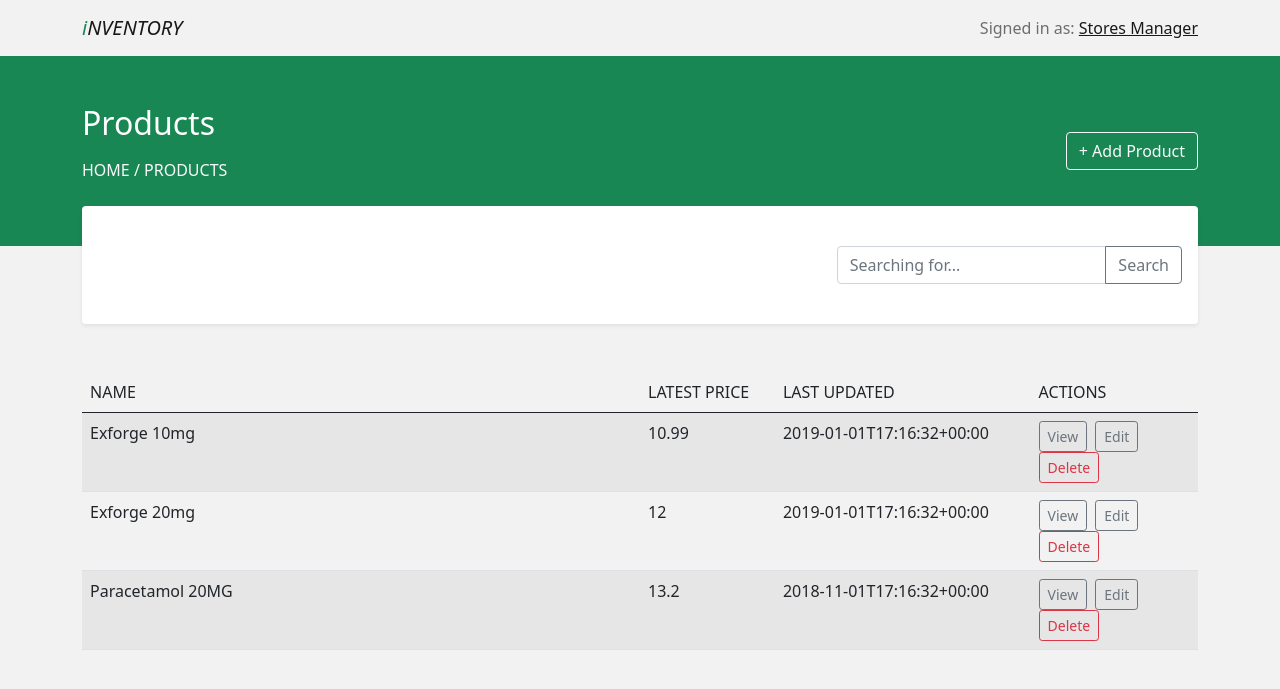
Repository: tHEO2k17/inventory-manager
Page: /
These files come from the project's save history. The page is drawn as it stood at one moment and after the next save; the edit follows.
The browser window is 1280 px wide. The pictures show the whole page.
The project was rebuilt for these pictures with package versions that can differ from the ones it lists, and the page was loaded fresh each time. Also part of the build but not shown: src/presentation/components/ProductForm.tsx.

Above is the page before, as saved 2021-08-31 10:36:09.

### src/index.tsx
import React from 'react';
import ReactDOM from 'react-dom';
import './index.scss';
import App from './presentation/App';

ReactDOM.render(
  <React.StrictMode>
    <App />
  </React.StrictMode>,
  document.getElementById('root')
);

### src/index.scss
@import '~bootstrap/scss/bootstrap.scss';

body{
    background-color: #F2F2F2;
}

.table thead tr > th{
    text-transform: uppercase;
    font-weight: 300;
}

.mtn-40{
    margin-top: -40px;
}

### src/presentation/App.tsx
import ProductsPage from './pages/ProductsPage';

export default function App() {
  return ( <ProductsPage/> );
}

### src/presentation/pages/ProductsPage.tsx
import { Component } from "react"
import { Button, Card, Col, Container, FormControl, InputGroup, Row, Table } from "react-bootstrap";
import { mock } from "../../core/mock";
import Banner from "../components/Banner";
import Product from "../components/Product";
import TopBar from "../components/TopBar";

export default class ProductsPage extends Component {

    render() {
        return (
            <>
                <TopBar />
                <Banner />
                <Container>
                    <Card className="mtn-40 border-0 shadow-sm">
                        <Card.Body className="my-4">
                            <Row>
                                <Col md="4" className="offset-8">
                                    <InputGroup>
                                        <FormControl
                                            placeholder="Searching for..."
                                            aria-label="Searching for..."
                                            aria-describedby="basic-addon2"
                                        />
                                        <Button variant="outline-secondary" id="button-addon2"> Search</Button>
                                    </InputGroup>
                                </Col>
                            </Row>
                        </Card.Body>
                    </Card>
                    <Table striped className="mt-5">
                        <thead>
                            <tr>
                                <th>Name</th>
                                <th>Latest Price</th>
                                <th>Last Updated</th>
                                <th>Actions</th>
                            </tr>
                        </thead>
                        <tbody>
                            {
                                mock.products.map(product => <Product key={product.id} product={product} />)
                            }
                        </tbody>
                    </Table>
                </Container>
            </>
        );
    }
}

### src/core/mock.ts
export const mock = {
    "products": [
        {
            "id": 1,
            "name": "Exforge 10mg",
            "prices": [
                {
                    "id": 1,
                    "price": 10.99,
                    "date": "2019-01-01T17:16:32+00:00"
                },
                {
                    "id": 2,
                    "price": 9.20,
                    "date": "2018-11-01T17:16:32+00:00"
                }
            ]
        },
        {
            "id": 2,
            "name": "Exforge 20mg",
            "prices": [
                {
                    "id": 3,
                    "price": 12.00,
                    "date": "2019-01-01T17:16:32+00:00"
                },
                {
                    "id": 4,
                    "price": 13.20,
                    "date": "2018-11-01T17:16:32+00:00"
                }
            ]
        },
        {
            "id": 3,
            "name": "Paracetamol 20MG",
            "prices": [
                {
                    "id": 5,
                    "price": 5.00,
                    "date": "2017-01-01T17:16:32+00:00"
                },
                {
                    "id": 6,
                    "price": 13.20,
                    "date": "2018-11-01T17:16:32+00:00"
                }
            ]
        }
    ]
};

### src/presentation/components/Banner.tsx
import { useState } from "react";
import { Button, Col, Container, Modal, Row } from "react-bootstrap";
import ProductForm from "./ProductForm";

const Banner = () => {
    const [show, setShow] = useState(false);

    const handleClose = () => setShow(false);
    const handleShow = () => setShow(true);

    return (
        <>
            <section className="bg-success">
                <Container className="py-5 text-white">
                    <Row className="align-items-center">
                        <Col>
                            <h2>Products</h2>
                            <p className="text-light mt-3 fw-light fs-6">HOME / PRODUCTS</p>
                        </Col>
                        <Col>
                            <Button variant="outline-light" className="float-end" onClick={handleShow}>+ Add Product</Button>
                        </Col>
                    </Row>
                </Container>
            </section>

            <Modal show={show} onHide={handleClose}>
                <Modal.Header closeButton> New Product</Modal.Header>
                <Modal.Body><ProductForm/></Modal.Body>
            </Modal>
        </>
    );
}

export default Banner;

### src/presentation/components/Product.tsx
import { Button } from "react-bootstrap"
import moment from 'moment';

const Product = ({ product }: ProductProps) => {

    const findLatestPriceInfo = (prices: any[]): any => {
        return prices.reduce(
            (acc: any, value: any) =>
                moment(acc.date).isAfter(value.date)
                    ? acc
                    : value
        );
    }

    return (
        <tr>
            <td width="50%">{product.name}</td>
            <td>{findLatestPriceInfo(product.prices).price}</td>
            <td>{findLatestPriceInfo(product.prices).date}</td>
            <td width="15%">
                <Button size="sm" variant="outline-secondary">View</Button>
                <Button size="sm" variant="outline-secondary" className="mx-2">Edit</Button>
                <Button size="sm" variant="outline-danger">Delete</Button>
            </td>
        </tr>
    );

}

export default Product;

type ProductProps = {
    key: any,
    product: any
}

### src/presentation/components/TopBar.tsx
import { Container, Navbar } from "react-bootstrap";

const TopBar = () => {
    return (
        <Navbar>
            <Container>
                <Navbar.Brand href="#home" className="fst-italic"><span className="text-success">i</span>NVENTORY</Navbar.Brand>
                <Navbar.Toggle />
                <Navbar.Collapse className="justify-content-end">
                    <Navbar.Text>
                        Signed in as: <a href="#login">Stores Manager</a>
                    </Navbar.Text>
                </Navbar.Collapse>
            </Container>
        </Navbar>
    );
}

export default TopBar;

Loaded but not shown: public/index.html (common file)

After the next save:
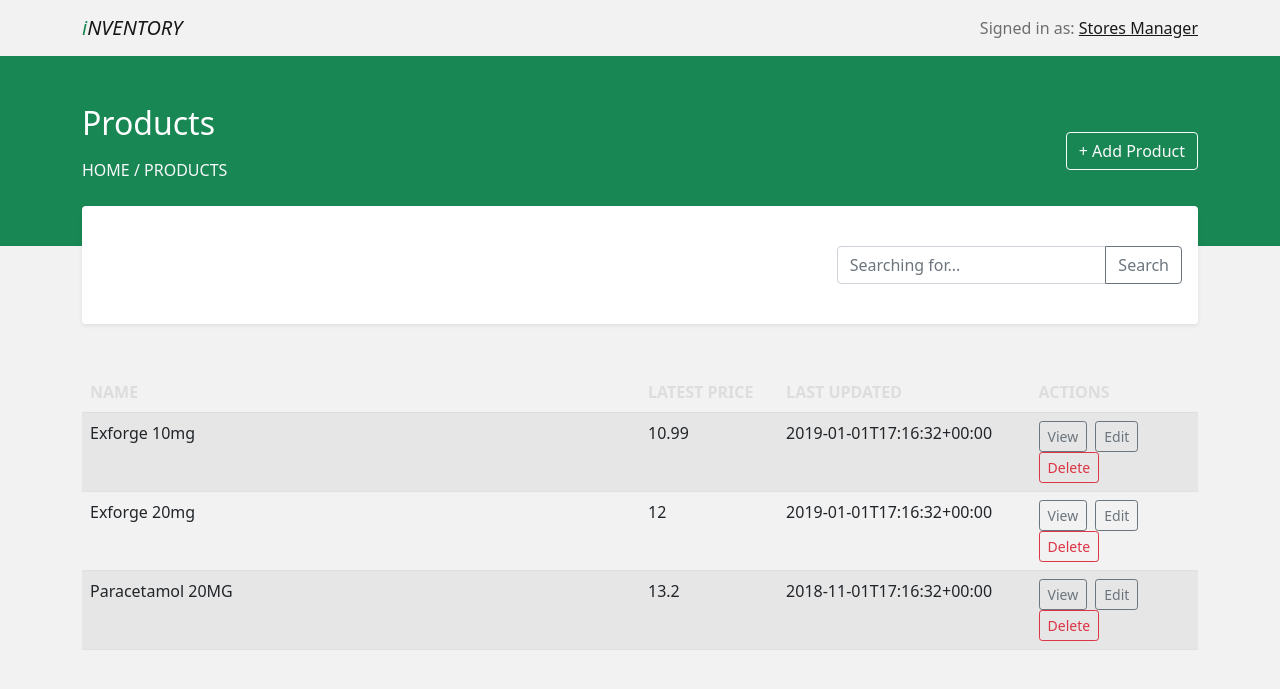
Saved 24 s later.
--- a/src/index.scss
+++ b/src/index.scss
@@ -6,7 +6,7 @@ body{
 
 .table thead tr > th{
     text-transform: uppercase;
-    font-weight: 300;
+    color: #DDD;
 }
 
 .mtn-40{
